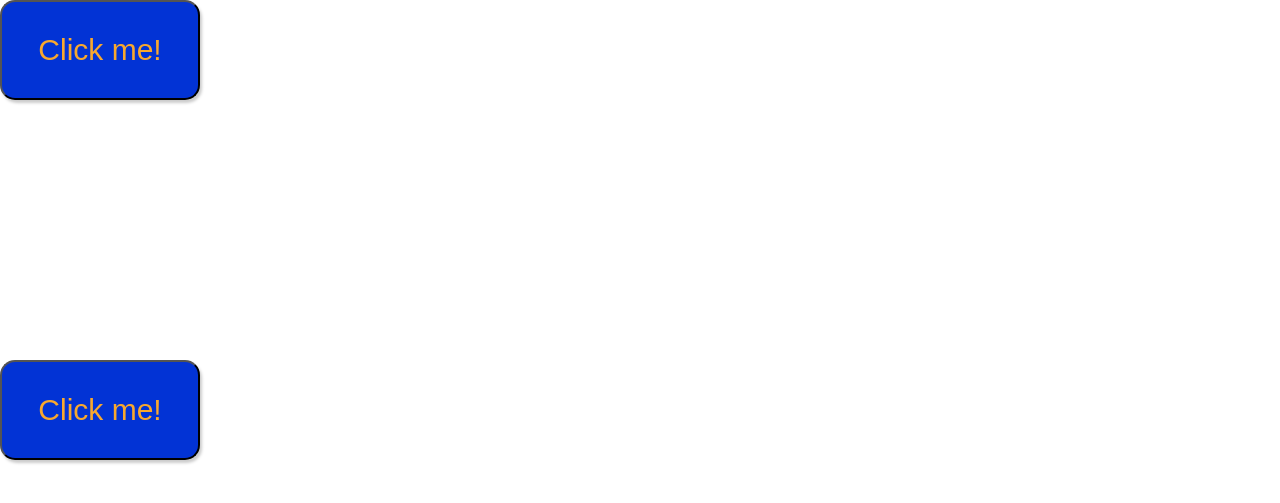
Repository: KrzysKolo/sr_tydzien4_zad5
Page: /
An editor plug-in stored every save of this project. The page is shown before and after the next save, followed by the edit.
The browser window is 1280 px wide. The pictures show the whole page.
The project was rebuilt for these pictures with package versions that can differ from the ones it lists, and the page was loaded fresh each time.

Above is the page before, as saved 2020-12-17 15:51:00.

### src/App.js
import React, { Component } from 'react';
import MyButton from './MyButton';
import MyButtonChange from './MyButtonChange';
import './App.css';
 class App extends Component {


    constructor(props) {
      super(props);
      this.MyButtonRef = React.createRef();
      this.MyMyButtonChangeRef = React.createRef();
    }
    handleMouseOver = () => {
      this.MyButtonRef.current.style.background = ' rgb(195, 1, 4)';
      this.MyButtonRef.current.style.color = 'rgb(254, 254, 254)';
    }
    handleMouseOut = () => {
      this.MyButtonRef.current.style.background = 'rgb(2, 51, 213)';
      this.MyButtonRef.current.style.color = 'rgb(248, 168, 45)';
    }
  render() {
    return (
      <div className="App">
        <MyButtonChange ref={this.MyMyButtonChangeRef} title="Click me!" />
        <MyButton ref={this.MyButtonRef} title="Click me!" onMouseOver={this.handleMouseOver} onMouseOut={this.handleMouseOut} />
      </div>
    )
  }
}
export default App;

### src/MyButton.js
import React from 'react'

const MyButton = React.forwardRef(({onMouseOver, onMouseOut, title}, ref) => {

    return (
        <div className="App">
           <button className="btn" type="button" ref={ref} onMouseOver={onMouseOver} onMouseOut={onMouseOut}>{title}</button>
        </div>
    )
})
export default MyButton;

### src/MyButtonChange.js
import React from 'react'

const MyButtonChange = React.forwardRef(({title}, ref) => {

    return (
        <div className="App">
           <button className="btn" type="button" ref={ref}>{title}</button>
        </div>
    )
})
export default MyButtonChange;

### src/App.css
.App {
  width: 100vw;
  height: 100vh;
  display: flex;
  flex-direction: column;
  justify-content: flex-start;
  align-items: start;
}
.btn {
  background-color: rgb(2, 51, 213);
  border-radius: 15px;
  box-shadow: 2px 3px 3px #ccc;
  color: rgb(248, 168, 45);
  font-size: 30px;
  height: 100px;
  width: 200px;
}

Loaded but not shown: public/index.html (common file); src/index.js (common file); src/index.css (common file)

After the next save:
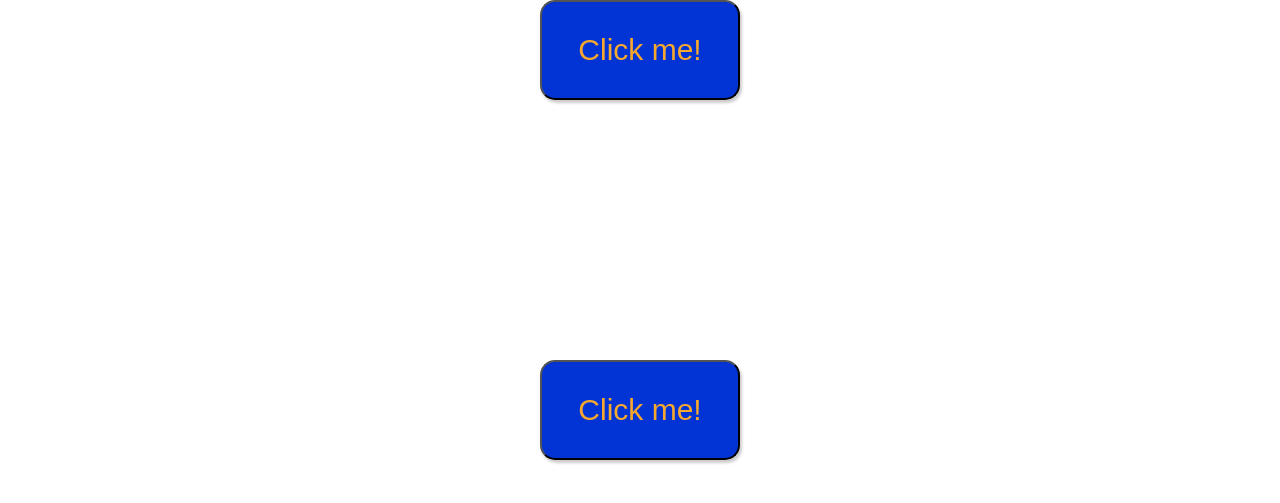
Saved 5 s later.
--- a/src/App.css
+++ b/src/App.css
@@ -4,7 +4,7 @@
   display: flex;
   flex-direction: column;
   justify-content: flex-start;
-  align-items: start;
+  align-items: center;
 }
 .btn {
   background-color: rgb(2, 51, 213);
